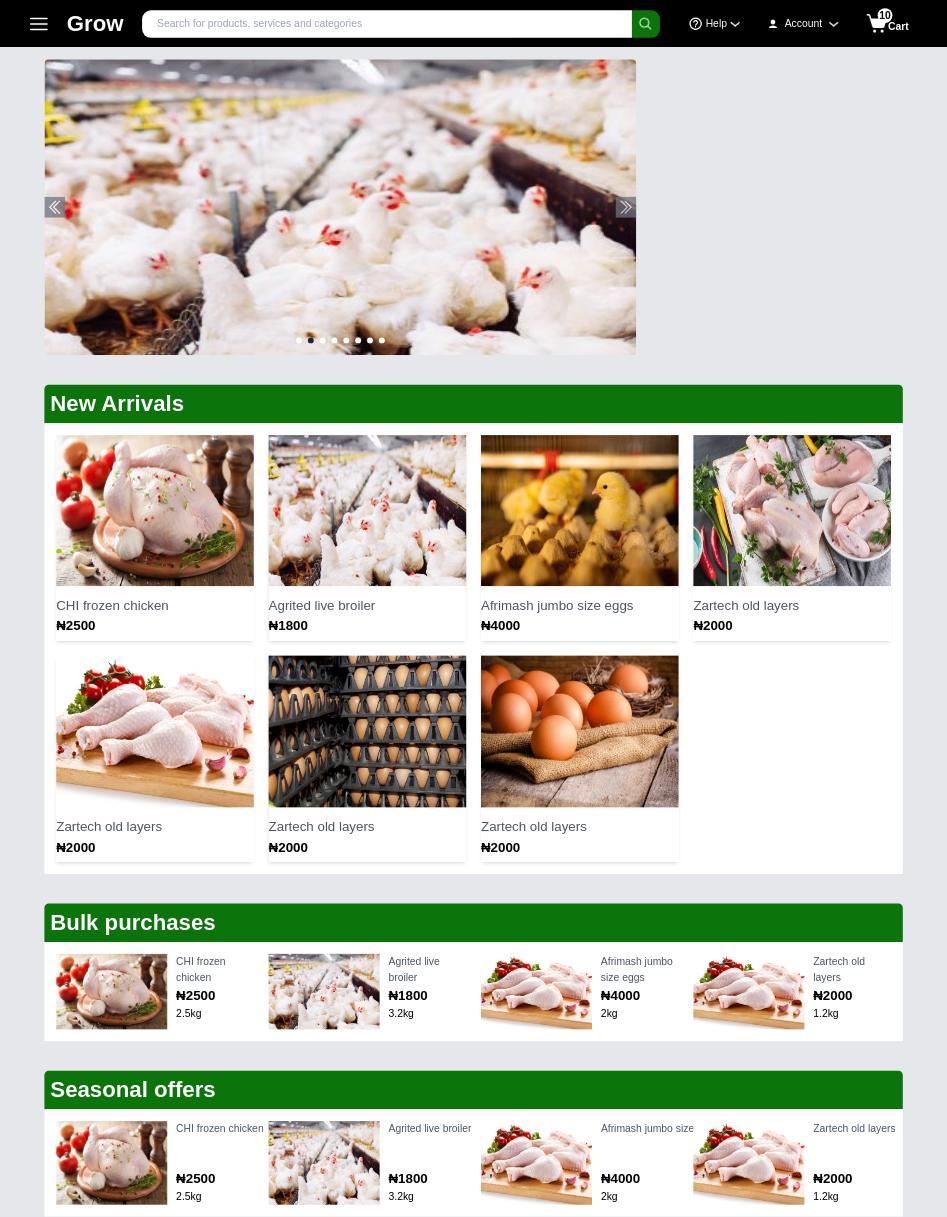
Repository: IssaMuiz/ifarmstock
Page: /
These files come from the project's save history. The page is drawn as it stood at one moment and after the next save; the edit follows.
The browser window is 1280 px wide. The pictures show the whole page, at 74% of full size.
The project was rebuilt for these pictures with package versions that can differ from the ones it lists, and the page was loaded fresh each time. The framework's server and built-in components were replaced by stand-ins that run in the browser. Also part of the build but not shown: next.config.mjs.

Above is the page before, as saved 2024-08-31 06:55:36.

### app/layout.tsx
import "@/styles/globals.css";

export const metadata = {
  title: "Grow",
  description: "Livestock farming e-commerce application",
};

export default function RootLayout({
  children,
}: {
  children: React.ReactNode;
}) {
  return (
    <html lang="en">
      <body className="bg-gray-200 h-screen w-auto mx-10">
        <section>{children}</section>
      </body>
    </html>
  );
}

### app/page.tsx
"use client";

import ProductSlider from "@/components/productSlider";
import ClientLayout from "@/components/clientLayout";
import NewArrivalsCards from "@/components/newArrivalsCards";
import BulkPurchasesCards from "@/components/bulkPurchasesCards";
import SeasonalCards from "@/components/seasonalCards";

const Home = () => {
  return (
    <ClientLayout>
      <div className="pt-20 mx-5">
        <div>
          <ProductSlider />

          <div className="bgColor text w-full h-auto mt-10 text-3xl p-2 rounded-t-md font-semibold">
            New Arrivals
          </div>
          <NewArrivalsCards />
          <div className="bgColor text w-full h-auto mt-10 text-3xl p-2 rounded-t-md font-semibold">
            Bulk purchases
          </div>
          <BulkPurchasesCards />
          <div className="bgColor text w-full h-auto mt-10 text-3xl p-2 rounded-t-md font-semibold">
            Seasonal offers
          </div>
          <SeasonalCards />
        </div>
      </div>
    </ClientLayout>
  );
};

export default Home;

### styles/globals.css
@tailwind base;
@tailwind components;
@tailwind utilities;

.scrollbar {
  scrollbar-width: thin;
  scrollbar-color: gray #313131;
}

.bgColor {
  background-color: rgb(11, 116, 11);
}

.text {
  color: white;
}

body {
  font-family: Arial, Helvetica, sans-serif;
  font-size: 14px;
}

### components/productSlider.tsx
"use client";
import Image from "next/image";
import { useEffect, useState } from "react";

const ProductSlider = () => {
  const images = [
    "/assets/images/poultry-image1-slider.jpg",
    "/assets/images/poultry-image2-slider.jpg",
    "/assets/images/poultry-image3-slider.jpg",
    "/assets/images/poultry-image4-slider.jpg",
    "/assets/images/poultry-image5-slider.jpg",
    "/assets/images/poultry-image6-slider.jpg",
    "/assets/images/poultry-image7-slider.jpg",
    "/assets/images/catfish-image1-slider.jpg",
  ];

  const [index, setIndex] = useState(0);

  const handleSliceNext = () => {
    setIndex((index + 1) % images.length);
  };
  const handleSlicePrev = () => {
    setIndex((index - 1) % images.length);
  };

  const handleIndicatorClick = (i: number) => {
    setIndex(i);
  };

  useEffect(() => {
    const intervalId = setInterval(() => {
      handleSliceNext();
    }, 5000);
    return () => clearInterval(intervalId);
  }, [index]);
  return (
    <div className="relative w-[800px] overflow-hidden">
      <div
        className="flex transition-transform duration-500 ease-in-out"
        style={{ transform: `translateX(-${index * 100}%)` }}
      >
        {images.map((image, i) => (
          <div key={i} className="min-w-full">
            <Image
              className="h-[400px] rounded-md"
              src={image}
              alt={`Slide ${i + 1}`}
              width={800}
              height={200}
            />
          </div>
        ))}
      </div>
      <button
        type="button"
        onClick={handleSlicePrev}
        className="absolute left-0 top-1/2 tranform -translate-y-1/2 bg-gray-500 text-white px-1 py-1 opacity-75 hover:opacity-100 transition-opacity"
      >
        <Image
          className=""
          src="/assets/icons/arrow-left.png"
          alt="arrow-right-icon"
          width={20}
          height={20}
        />
      </button>
      <button
        type="button"
        onClick={handleSliceNext}
        className="absolute right-0 top-1/2 tranform -translate-y-1/2 bg-gray-500 text-white px-1 py-1 opacity-75 hover:opacity-100 transition-opacity"
      >
        <Image
          className=""
          src="/assets/icons/right-arrow.png"
          alt="arrow-right-icon"
          width={20}
          height={20}
        />
      </button>
      <div className="absolute bottom-4 left-0 right-0 flex justify-center space-x-2">
        {images.map((_, i) => (
          <button
            key={i}
            onClick={() => handleIndicatorClick(i)}
            className={`w-2 h-2 rounded-full ${
              index === i ? "bg-gray-800" : "bg-white"
            }`}
          />
        ))}
      </div>
    </div>
  );
};

export default ProductSlider;

### components/clientLayout.tsx
"use client";
import Navbar from "@/components/navbar";
import Sidenav from "@/components/sidenav";
import { useState, createContext } from "react";

export const SidebarContext = createContext({
  isOpen: false,
  toggleSidebar: () => {},
});

const ClientLayout = ({ children }: { children: React.ReactNode }) => {
  const [isOpen, setIsOpen] = useState(false);

  const toggleSidebar = () => {
    setIsOpen((prev) => !prev);
  };
  return (
    <SidebarContext.Provider value={{ isOpen, toggleSidebar }}>
      <Navbar />
      <Sidenav />
      <div
        className={`fixed inset-0 bg-black transition-opacity duration-300 ease-in-out z-10 ${
          isOpen
            ? "opacity-70 pointer-events-auto"
            : "opacity-0 pointer-events-none"
        }`}
        onClick={toggleSidebar}
      ></div>
      <section
        className={`relative z-0 transition-all duration-300 ease-in-out `}
      >
        {children}
      </section>
    </SidebarContext.Provider>
  );
};

export default ClientLayout;

### components/newArrivalsCards.tsx
import Image from "next/image";
import newArrivalsCards from "../models/newArrivalsCards.json";
const NewArrivalsCards = () => {
  return (
    <div className="bg-white h-auto  p-4">
      <div className="grid grid-cols-4  gap-5">
        {newArrivalsCards.map((product, index) => (
          <div key={index} className="flex shadow-md flex-col gap-3 ">
            <Image
              src={product.image}
              alt="poultry"
              width={150}
              height={100}
              className="h-full w-full"
            />
            <div className="text-lg overflow-hidden">
              <p className="text-gray-600 line-clamp-2">{product.name}</p>
              <p className="font-semibold text-lg">&#8358;{product.Price}</p>
              <p>{product.weight}</p>
            </div>
          </div>
        ))}
      </div>
    </div>
  );
};

export default NewArrivalsCards;

### components/bulkPurchasesCards.tsx
import Image from "next/image";
import bulkPurchasesCards from "@/models/bulkPurchasesCards.json";
const BulkPurchasesCard = () => {
  return (
    <div className="bg-white h-auto p-4">
      <div className="grid grid-cols-4 gap-5">
        {bulkPurchasesCards.map((product, index) => (
          <div key={index} className="flex gap-3">
            <Image src={product.image} alt="poultry" width={150} height={150} />
            <div className="text-md">
              <p content="" className="text-gray-600">
                {product.name}
              </p>
              <p className="font-semibold text-lg">&#8358;{product.Price}</p>
              <p>{product.weight}</p>
            </div>
          </div>
        ))}
      </div>
    </div>
  );
};

export default BulkPurchasesCard;

### components/seasonalCards.tsx
import Image from "next/image";
import seasonalCards from "@/models/seasonalCards.json";
const SeasonalCards = () => {
  return (
    <div className="bg-white h-auto p-4">
      <div className="grid grid-cols-4 gap-5">
        {seasonalCards.map((product, index) => (
          <div key={index} className="flex gap-3">
            <Image src={product.image} alt="poultry" width={150} height={150} />
            <div className="text-md">
              <p content="" className="text-gray-600 h-16 truncate">
                {product.name}
              </p>
              <p className="font-semibold text-lg">&#8358;{product.Price}</p>
              <p>{product.weight}</p>
            </div>
          </div>
        ))}
      </div>
    </div>
  );
};

export default SeasonalCards;

### components/navbar.tsx
"use client";
import Image from "next/image";
import { useContext } from "react";
import { SidebarContext } from "./clientLayout";
const Navbar = () => {
  const { toggleSidebar } = useContext(SidebarContext);
  return (
    <nav className="fixed bg-black text w-full h-16 flex items-center justify-between top-0 left-0 right-0 px-10 z-10">
      <button onClick={toggleSidebar}>
        <svg
          className="fill-white hover:fill-[green] cursor-pointer"
          xmlns="http://www.w3.org/2000/svg"
          viewBox="0 0 50 50"
          width="25px"
          height="25px"
        >
          <path d="M 3 8 A 2.0002 2.0002 0 1 0 3 12 L 47 12 A 2.0002 2.0002 0 1 0 47 8 L 3 8 z M 3 23 A 2.0002 2.0002 0 1 0 3 27 L 47 27 A 2.0002 2.0002 0 1 0 47 23 L 3 23 z M 3 38 A 2.0002 2.0002 0 1 0 3 42 L 47 42 A 2.0002 2.0002 0 1 0 47 38 L 3 38 z" />
        </svg>
      </button>
      <div className="Leftnav text text-3xl font-semibold cursor-pointer ml-5">
        Grow
      </div>
      <div className="Middlenav flex flex-1 mx-5 max-w-[700px] items-center">
        <input
          className=" px-5 py-2 w-full rounded-l-xl text-black outline-none"
          type="text"
          placeholder="Search for products, services and categories"
        />
        <div className="h-[37px] w-10 bgColor pt-2 pl-2 rounded-r-xl cursor-pointer">
          <Image
            className=""
            src="/assets/icons/search.png"
            alt="search-icon"
            width={20}
            height={20}
          />
        </div>
      </div>
      <div className="Rightnav flex items-center justify-between gap-3">
        <div className="flex items-center gap-1 cursor-pointer rounded-md p-3 hover:bg-[green]">
          <Image
            src="/assets/icons/help.png"
            alt="help-icon"
            width={20}
            height={20}
          />
          <p className="">Help</p>
          <Image
            src="/assets/icons/arrow-down.png"
            alt="help-icon"
            width={15}
            height={15}
          />
        </div>
        <div className="flex items-center gap-2  cursor-pointer rounded-md p-3 hover:bg-[green]">
          <Image
            src="/assets/icons/account.png"
            alt="help-icon"
            width={15}
            height={15}
          />
          <p>Account</p>
          <Image
            src="/assets/icons/arrow-down.png"
            alt="help-icon"
            width={15}
            height={15}
          />
        </div>
        <div className="flex relative cursor-pointer p-3 hover:bg-[green] rounded-md">
          <Image
            src="/assets/icons/cart.png"
            alt="cart-icon"
            width={30}
            height={20}
          />
          <p className="bg-white h-5 w-5 rounded-full text-black absolute left-7 bottom-7 text-center font-semibold">
            10
          </p>
          <p className="font-semibold mt-2 ">Cart</p>
        </div>
      </div>
    </nav>
  );
};

export default Navbar;

### components/sidenav.tsx
"use client";
import Image from "next/image";
import Link from "next/link";
import { useState } from "react";
import { useContext } from "react";
import { SidebarContext } from "./clientLayout";
const Sidenav = () => {
  const [categories, setCategories] = useState([
    {
      id: "1",
      name: "Broiler",
      expanded: false,
      arrowIcon: "/assets/icons/arrow-icon--right.png",
      dropdownlink: [
        { name: "Day Old Chicks", link: "/" },
        { name: "Matured Broilers", link: "/" },
        { name: "Frozen Chicken", link: "/" },
      ],
    },
    {
      id: "2",
      name: "Layers",
      expanded: false,
      arrowIcon: "/assets/icons/arrow-icon--right.png",
      dropdownlink: [
        { name: "Pullet", link: "/" },
        { name: "Point Of Lay", link: "/" },
        { name: "Old Layers", link: "/" },
      ],
    },
    {
      id: "3",
      name: "Catfish",
      expanded: false,

      arrowIcon: "/assets/icons/arrow-icon--right.png",
      dropdownlink: [
        { name: "Fingerlings/Juvenile", link: "/" },
        { name: "Matured Catfish", link: "/" },
        { name: "Smoked Catfish", link: "/" },
      ],
    },
    {
      id: "4",
      name: "Poultry-Eggs",
      expanded: false,

      arrowIcon: "/assets/icons/arrow-icon--right.png",
      dropdownlink: [
        { name: "Jumbo-size", link: "/" },
        { name: "Small-size", link: "/" },
        { name: "packaged-eggs", link: "/" },
      ],
    },
  ]);

  const handleDropdown = (id: string) => {
    setCategories((prev) =>
      prev.map((category) =>
        category.id === id
          ? { ...category, expanded: !category.expanded }
          : category
      )
    );
  };

  const { isOpen } = useContext(SidebarContext);
  return (
    <nav
      className={`fixed overflow-x-hidden scrollbar h-screen overflow-scroll z-20 left-0 top-0 bottom-0 w-[300px] transform transition-transform duration-300  bg-gray-100 ${
        isOpen ? "translate-x-0" : "-translate-x-full"
      }`}
    >
      <div className="bgColor h-14 flex items-center text text-2xl pl-5 font-semibold gap-3">
        <Image
          src="/assets/icons/account.png"
          alt="profile-icon"
          height={25}
          width={25}
        />
        <p>Hello User</p>
      </div>
      <div className=" ">
        {categories.map((category) => (
          <div onClick={() => handleDropdown(category.id)} key={category.id}>
            <div className="text-lg flex justify-between items-center font-semibold hover:bg-gray-300 mt-5 p-2 cursor-pointer">
              <div>{category.name}</div>

              <Image
                className={`${
                  category.expanded &&
                  "rotate-90 duration-300 transition-transform"
                } h-4 w-4`}
                src={category.arrowIcon}
                alt="arrow-icon"
                width={3}
                height={3}
              />
            </div>

            <div>
              {category.expanded && (
                <div>
                  {category.dropdownlink.map((dropdown, index) => (
                    <div className="hover:bg-gray-300" key={index}>
                      <Link href={dropdown.link}>
                        <div className="p-3 text-md ">{dropdown.name}</div>
                      </Link>
                    </div>
                  ))}
                </div>
              )}
            </div>
          </div>
        ))}
      </div>
    </nav>
  );
};

export default Sidenav;

### models/newArrivalsCards.json
[
  {
    "image": "/assets/images/poultry-image1-slider.jpg",
    "name": "CHI frozen chicken",
    "Price": "2500",
    "weight": "2.5kg"
  },
  {
    "image": "/assets/images/poultry-image2-slider.jpg",
    "name": "Agrited live broiler",
    "Price": "1800",
    "weight": "3.2kg"
  },
  {
    "image": "/assets/images/poultry-image3-slider.jpg",
    "name": "Afrimash jumbo size eggs",
    "Price": "4000",
    "weight": "2kg"
  },
  {
    "image": "/assets/images/poultry-image4-slider.jpg",
    "name": "Zartech old layers",
    "Price": "2000",
    "weight": "1.2kg"
  },
  {
    "image": "/assets/images/poultry-image5-slider.jpg",
    "name": "Zartech old layers",
    "Price": "2000",
    "weight": "1.2kg"
  },
  {
    "image": "/assets/images/poultry-image7-slider.jpg",
    "name": "Zartech old layers",
    "Price": "2000",
    "weight": "1.2kg"
  },
  {
    "image": "/assets/images/poultry-image6-slider.jpg",
    "name": "Zartech old layers",
    "Price": "2000",
    "weight": "1.2kg"
  }
]

### models/bulkPurchasesCards.json
[
  {
    "image": "/assets/images/poultry-image1-slider.jpg",
    "name": "CHI frozen chicken",
    "Price": "2500",
    "weight": "2.5kg"
  },
  {
    "image": "/assets/images/poultry-image2-slider.jpg",
    "name": "Agrited live broiler",
    "Price": "1800",
    "weight": "3.2kg"
  },
  {
    "image": "/assets/images/poultry-image5-slider.jpg",
    "name": "Afrimash jumbo size eggs",
    "Price": "4000",
    "weight": "2kg"
  },
  {
    "image": "/assets/images/poultry-image5-slider.jpg",
    "name": "Zartech old layers",
    "Price": "2000",
    "weight": "1.2kg"
  }
]

### models/seasonalCards.json
[
  {
    "image": "/assets/images/poultry-image1-slider.jpg",
    "name": "CHI frozen chicken",
    "Price": "2500",
    "weight": "2.5kg"
  },
  {
    "image": "/assets/images/poultry-image2-slider.jpg",
    "name": "Agrited live broiler",
    "Price": "1800",
    "weight": "3.2kg"
  },
  {
    "image": "/assets/images/poultry-image5-slider.jpg",
    "name": "Afrimash jumbo size eggs",
    "Price": "4000",
    "weight": "2kg"
  },
  {
    "image": "/assets/images/poultry-image5-slider.jpg",
    "name": "Zartech old layers",
    "Price": "2000",
    "weight": "1.2kg"
  }
]

Loaded but not shown: tailwind.config.ts (common file)

After the next save:
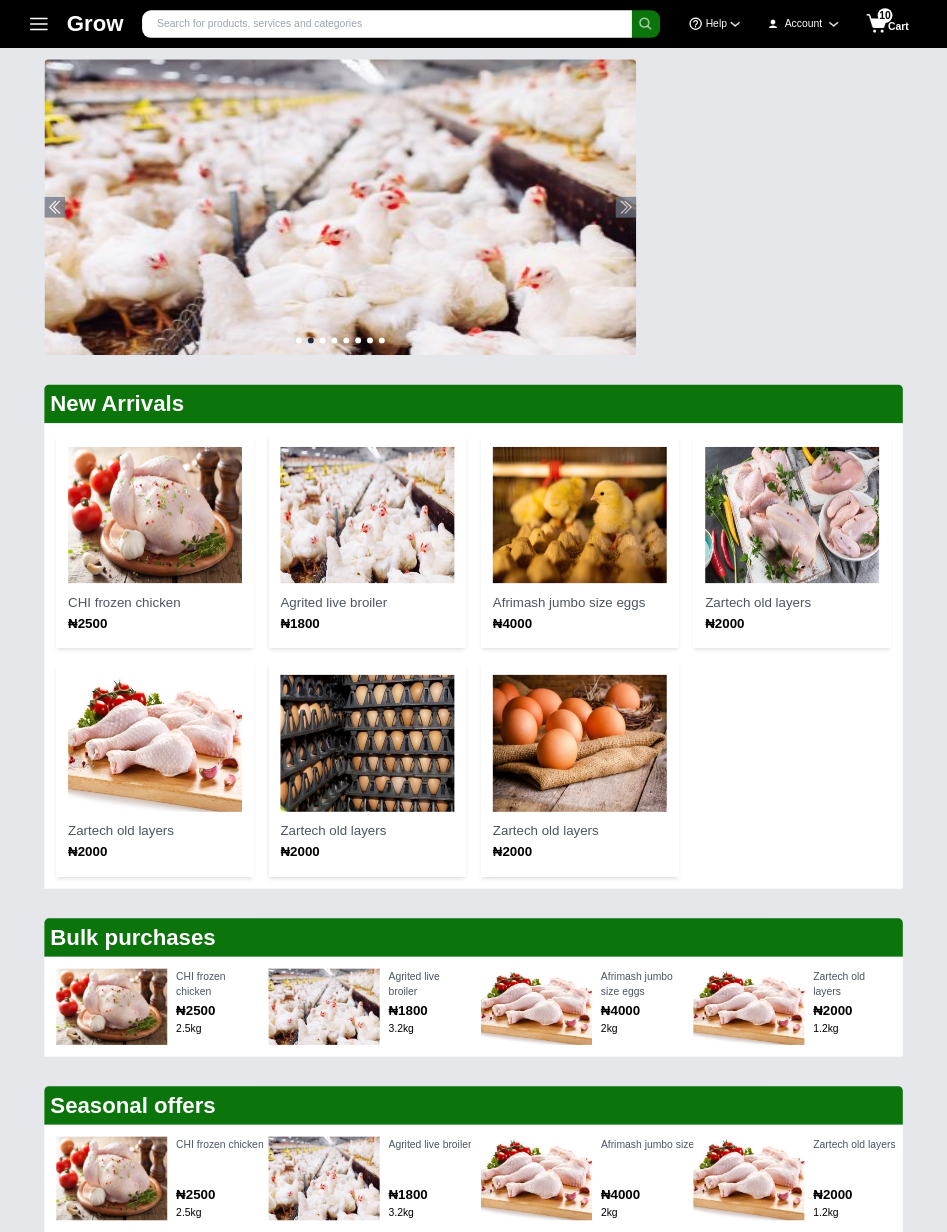
Saved 57 s later.
--- a/components/newArrivalsCards.tsx
+++ b/components/newArrivalsCards.tsx
@@ -5,7 +5,7 @@ const NewArrivalsCards = () => {
     <div className="bg-white h-auto  p-4">
       <div className="grid grid-cols-4  gap-5">
         {newArrivalsCards.map((product, index) => (
-          <div key={index} className="flex shadow-md flex-col gap-3 ">
+          <div key={index} className="flex shadow-md flex-col p-4 gap-3 ">
             <Image
               src={product.image}
               alt="poultry"
